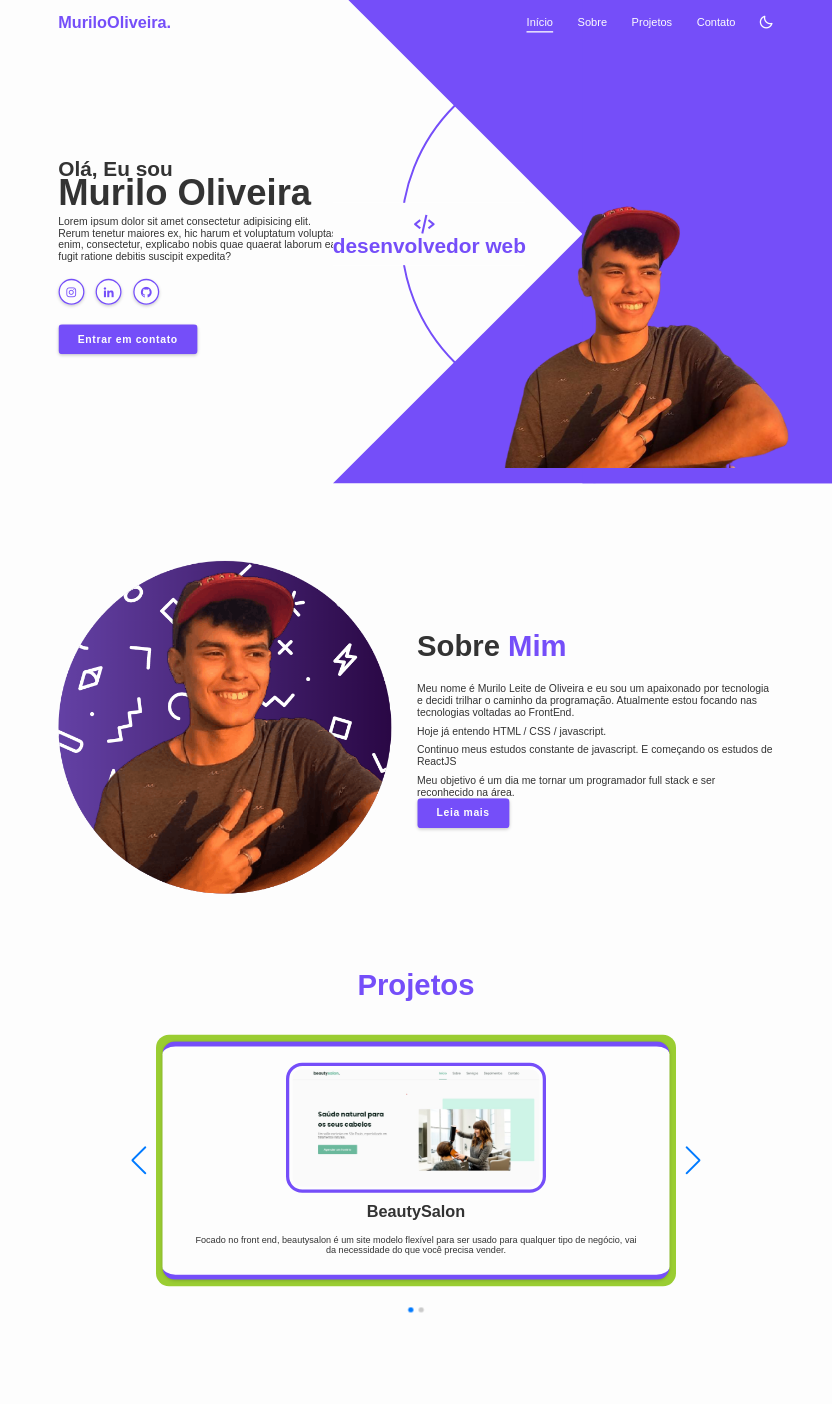
Repository: devMuriloOliveira/Portfolio-
Page: index.html
An editor plug-in stored every save of this project. The page is shown before and after the next save, followed by the edit.
The browser window is 1280 px wide. The pictures show the whole page, at 65% of full size.
Some web fonts or font styles are not loaded; a fallback is used.

Above is the page before, as saved 2023-03-12 17:58:51.

### index.html
<!DOCTYPE html>
<html lang="en">
  <head>
    <meta charset="UTF-8" />
    <meta http-equiv="X-UA-Compatible" content="IE=edge" />
    <meta name="viewport" content="width=device-width, initial-scale=1.0" />
    <title>Murilo Oliveira</title>

    <!--swiper css-->
    <link
      rel="stylesheet"
      href="https://cdn.jsdelivr.net/npm/swiper@9/swiper-bundle.min.css"
    />

    <!--box icons-->
    <link
      href="https://unpkg.com/boxicons@2.1.4/css/boxicons.min.css"
      rel="stylesheet"
    />

    <!--font-->
    <link
      rel="stylesheet"
      href="https://fonts.googleapis.com/css2?family=Material+Symbols+Outlined:opsz,wght,FILL,GRAD@20..48,100..700,0..1,-50..200"
    />

    <!--css-->
    <link rel="stylesheet" href="style.css" />
  </head>
  <body>
    <header class="header">
      <a class="logo" href="#">Murilo<span>Oliveira</span>.</a>

      <nav class="navbar">
        <a href="#inicio" class="active">Início</a>
        <a href="#sobre">Sobre</a>
        <a href="#projetos">Projetos</a>
        <a href="#contato">Contato</a>
      </nav>

      <div class="bx bx bx-moon" id="darkMode-icon"></div>
    </header>

    <!------------inicio------------>

    <section class="inicio" id="inicio">
      <div class="inicio-content">
        <h3>Olá, Eu sou</h3>
        <h1>Murilo Oliveira</h1>
        <p>
          Lorem ipsum dolor sit amet consectetur adipisicing elit. Rerum tenetur
          maiores ex, hic harum et voluptatum voluptas enim, consectetur,
          explicabo nobis quae quaerat laborum ea fugit ratione debitis suscipit
          expedita?
        </p>

        <div class="social-media">
          <a href="#"><i class="bx bxl-instagram"></i></a>
          <a href="#"><i class="bx bxl-linkedin"></i></a>
          <a href="#"><i class="bx bxl-github"></i></a>
        </div>

        <a href="#" class="btn">Entrar em contato</a>
      </div>

      <div class="profession-container">
        <div class="profession-box">
          <div class="profession" style="--i: 0">
            <i class="bx bx-code-alt"></i>
            <h3>desenvolvedor web</h3>
          </div>
          <div class="profession" style="--i: 1">
            <i class="bx bx-code-alt"></i>
            <h3>desenvolvedor web</h3>
          </div>
          <div class="profession" style="--i: 2">
            <i class="bx bx-code-alt"></i>
            <h3>desenvolvedor web</h3>
          </div>
          <div class="profession" style="--i: 3">
            <i class="bx bx-code-alt"></i>
            <h3>desenvolvedor web</h3>
          </div>
          <div class="circle"></div>
        </div>

        <div class="overlay"></div>
      </div>

      <div class="inicio-img">
        <img src="assets/homem_sorrindo-removebg-preview.png" alt="" />
      </div>
    </section>

    <!------------sobre------------>

    <section class="sobre" id="sobre">
      <div class="sobre-img">
        <img src="/assets/profile-pic (4).png" alt="" />
      </div>

      <div class="sobre-content">
        <h2 class="heading">Sobre <span>Mim</span></h2>

        <p>
          Meu nome é Murilo Leite de Oliveira e eu sou um apaixonado por
          tecnologia e decidi trilhar o caminho da programação. Atualmente estou
          focando nas tecnologias voltadas ao FrontEnd.
        </p>
        <br />
        <p>Hoje já entendo HTML / CSS / javascript.</p>
        <br />
        <p>
          Continuo meus estudos constante de javascript. E começando os estudos
          de ReactJS
        </p>
        <br />
        <p>
          Meu objetivo é um dia me tornar um programador full stack e ser
          reconhecido na área.
        </p>

        <a href="#" class="btn">Leia mais</a>
      </div>
    </section>

    <!------------projetos------------>

    <section class="projetos" id="projetos">
      <h2 class="heading"><span>Projetos</span></h2>

      <div class="projetos-wrapper">
        <div class="projetos-box mySwiper">
          <div class="projetos-content swiper-wrapper">
            <div class="projetos-slide swiper-slide">
              <img src="/assets/salon.jpg" alt="" />
              <h3>BeautySalon</h3>
              <p>
                Focado no front end, beautysalon é um site modelo flexível para
                ser usado para qualquer tipo de negócio, vai da necessidade do
                que você precisa vender.
              </p>
            </div>

            <div class="projetos-slide swiper-slide">
              <img src="/assets/salon.jpg" alt="" />
              <h3>BeautySalon</h3>
              <p>
                Focado no front end, beautysalon é um site modelo flexível para
                ser usado para qualquer tipo de negócio, vai da necessidade do
                que você precisa vender.
              </p>
            </div>
          </div>

          <div class="swiper-button-next"></div>
          <div class="swiper-button-prev"></div>
          <div class="swiper-pagination"></div>
        </div>
      </div>
    </section>

    <!--swiper js-->
    <script src="https://cdn.jsdelivr.net/npm/swiper@9/swiper-bundle.min.js"></script>

    <!--main js-->
    <script src="/main.js"></script>
  </body>
</html>

### style.css
*{
  margin: 0;
  padding: 0;
  box-sizing: border-box;
  text-decoration: none;
  border: none;
  outline: none;
  scroll-behavior: smooth;
  font-family: 'Poppins', sans-serif;
}

:root{
  --bg-color: #fdfdfd;
  --text-color: #333;
  --main-color: #754ef9;
  --white-color: #fdfdfd;
  --shadow-color: rgba(0, 0, 0, .2);
}

html{
  font-size: 62.5%;
  overflow-x: hidden;
}

body{
  background: var(--bg-color);
  color: var(--text-color);
}

.header{
  position: fixed;
  top: 0;
  left: 0;
  width: 100%;
  padding: 2rem 7%;
  background: transparent;
  display: flex;
  align-items: center;
  z-index: 100;
  transition: .5s;
}

.sticky{
  background: var(--bg-color);
  box-shadow: 0 .1rem 1rem var(--shadow-color);
}

.logo{
  font-size: 2.5rem;
  color: var(--main-color);
  font-weight: 600;
  cursor: default;
  margin-right: auto;
}

.navbar a{
  position: relative;
  font-size: 1.7rem;
  color: var(--white-color);
  font-weight: 500;
  margin-right: 3.5rem;
}

 .sticky .navbar a{
  color: var(--text-color);
}

 .sticky .navbar a.active{
  color: var(--main-color);
}


.navbar a.active::before{
  content: '';
  position: absolute;
  left: 0;
  bottom: -6px;
  width: 100%;
  height: .2rem;
  background: var(--white-color);
}

  .sticky .navbar a::before{
  background: var(--main-color);
  opacity: .7;
}


#darkMode-icon{
  font-size: 2.4rem;
  color: var(--white-color);
  cursor: pointer;
}

.sticky #darkMode-icon{
  color: var(--text-color);
  opacity: .9;
}

section{
  min-height: 100vh;
  padding: 10rem 7% 2rem;
}

.inicio{
  display: flex;
  align-items: center;
}

.inicio .inicio-content{
  max-width: 44rem;
}

.inicio-content h3{
  font-size: 3.2rem;
  font-weight: 700;
  line-height: .3;
}

.inicio-content h1{
  font-size: 5.6rem;
  font-weight: 700;
  margin-bottom: .3rem;
}

.inicio-content p{
  font-size: 1.6rem;
}

.inicio-content .social-media a{
  display: inline-flex;
  justify-content: center;
  align-items: center;
  width: 4rem;
  height: 4rem;
  background: transparent;
  border: .2rem solid var(--main-color);
  border-radius: 50%;
  box-shadow: 0 .2rem .5rem var(--shadow-color);
  font-size: 2rem;
  color: var(--main-color);
  margin: 2.5rem 1.5rem 3rem 0;
  transition: .5s ease;
}

.inicio-content .social-media a:hover{
  background: var(--main-color);
  color: var(--white-color);
}

.btn{
  display: inline-block;
  padding: 1.2rem 2.8rem;
  background: var(--main-color);
  border-radius: .6rem;
  box-shadow: 0 .2rem .5rem var(--shadow-color);
  font-size: 1.6rem;
  color: var(--white-color);
  letter-spacing: .1rem;
  font-weight: 600;
  border: .2rem solid transparent;
  transition: .5s ease;
}

.btn:hover{
  background: transparent;
  color: var(--main-color);
  border-color: var(--main-color);
}

.inicio .profession-container{
  position: absolute;
  top: 50%;
  right: 0;
  transform: translateY(-50%);
  width: 768px;
  height: 768px;

  overflow: hidden;
  pointer-events: none;
}

.inicio .profession-container .profession-box{
  position: absolute;
  top: 0;
  right: 0;
  width: 768px;
  height: 768px;
  border-radius: 50%;
  display: flex;
  justify-content: center;
  align-items: center;
}

.inicio .profession-box .profession{
  position: absolute;
  left: 0;
  display: flex;
  align-items: center;
  flex-direction: column;
  color: var(--main-color);
  transform: rotate(calc(360deg / 4 * var(--i)));
  transform-origin: 384px;
  background: var(--bg-color);
  padding: 13px 0;
}

.inicio .profession-box .profession:nth-child(1) i {
  margin-right: 15px;
}

.inicio .profession-box .profession:nth-child(2),
.inicio .profession-box .profession:nth-child(4) {
  padding-bottom: 20px;
}

.inicio .profession i{
  font-size: 3.8rem;
}

.inicio .profession h3{
  font-size: 3.2rem;
  line-height: 1;
  font-weight: 600;
}

.inicio .profession-box .circle{
  width: 560px;
  height: 560px;

  border: 3px solid var(--main-color);
  border-radius: 50%;
}

.inicio .profession-container .overlay{
  position: absolute;
  top: 0;
  right: 0;
  width: 0;
  height: 0;
  border-top: 384px solid var(--main-color);
  border-right: 384px solid var(--main-color);
  border-bottom: 384px solid var(--main-color);
  border-left: 384px solid transparent;

}

.inicio-img img{
  position: absolute;
  bottom: 0;
  right: 0;
  width: 50%;
  pointer-events: none;
}

span{
  color: var(--main-color);
}

.sobre{
  display: flex;
  justify-content: center;
  align-items: center;
  gap: 4rem;
}

.sobre-img img{
  width: 40vw;
}

.heading{
  font-size: 4.5rem;
  text-align: center;
}

.sobre-content h2{
  text-align: left;
  line-height: 1.2;
  margin-bottom: 3rem;
}

.sobre-content p{
  font-size: 1.6rem;

}

/*--------------------projetos-------------------*/

.projetos{
  display: flex;
  align-items: center;
  flex-direction: column;
  width: 100%;
  padding: 5rem 1rem;
}

.projetos .projetos-wrapper{
  position: relative;
  max-width: 90rem;
  width: 100%;
  padding: 5rem;
}

.projetos-wrapper .projetos-box{
  background-color: yellowgreen;
  padding: 1rem;
  border-radius: 2rem;
  overflow: hidden;
}

.projetos-content .projetos-slide{
  display: flex;
  align-items: center;
  flex-direction: column;
  background: var(--bg-color);
  border-radius: 2rem;
  box-shadow: 0 .1rem .5rem var(--shadow-color);
  padding: 3rem 5rem;
  border-top: .8rem solid var(--main-color);
  border-bottom: .8rem solid var(--main-color);
}

.projetos-slide img{
  height: 189.94px;
  width: 390.25px;
  object-fit: cover;
  border-radius: 2rem;
  border: .5rem solid var(--bg-color);
  outline: .5rem solid var(--main-color);
}

.projetos-slide h3{
  font-size: 2.5rem;
  margin: 2rem 0;
}

.projetos-slide p{
  font-size: 1.4rem;
  text-align: center;
}

### main.js
window.addEventListener('scroll', function () {
  const header = document.querySelector('.header')
  header.classList.toggle('sticky', window.scrollY > 100)
})

/*window.onscroll = () => {
  let header = document.querySelector('.header')

  header.classList.toggle('sticky', window.scrollY > 100)
}*/

/*===================swiper==================*/
var swiper = new Swiper('.mySwiper', {
  slidesPerView: 1,
  spaceBetween: 30,
  loop: true,
  grabCursor: true,
  pagination: {
    el: '.swiper-pagination',
    clickable: true
  },
  navigation: {
    nextEl: '.swiper-button-next',
    prevEl: '.swiper-button-prev'
  }
})

After the next save:
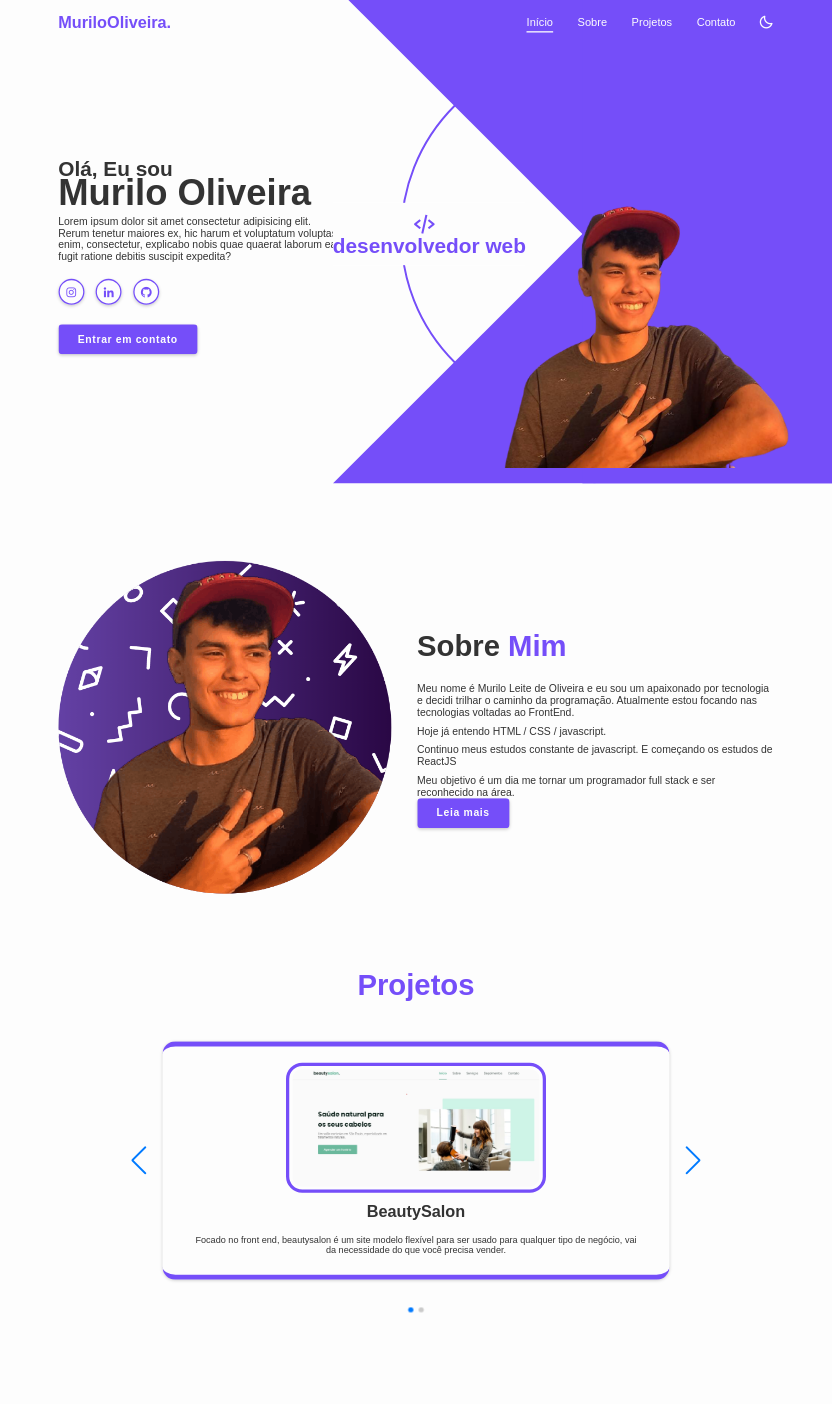
Saved 31 s later.
--- a/style.css
+++ b/style.css
@@ -302,7 +302,7 @@ span{
 }
 
 .projetos-wrapper .projetos-box{
-  background-color: yellowgreen;
+
   padding: 1rem;
   border-radius: 2rem;
   overflow: hidden;
